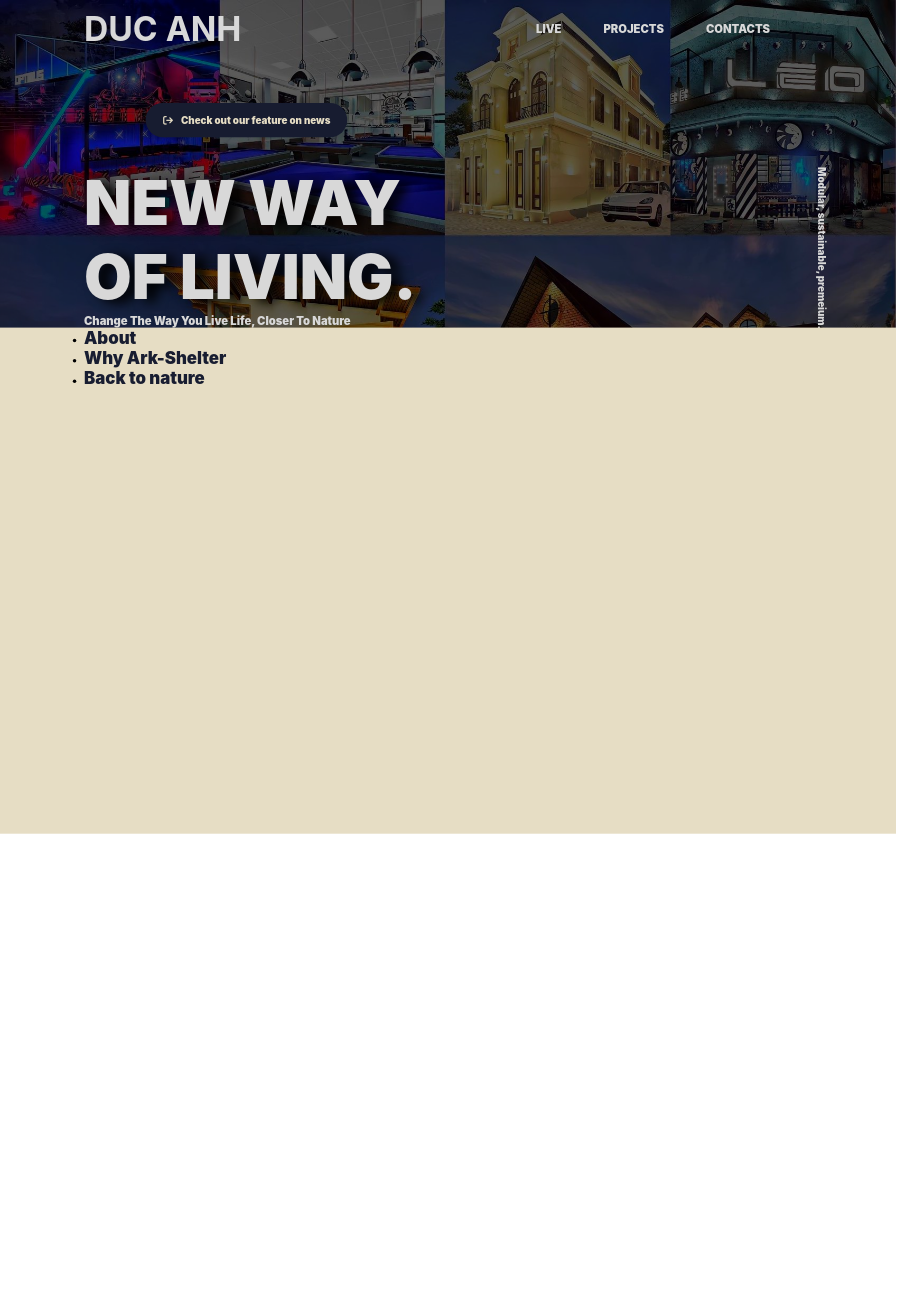
Repository: Ethanxcode/DucAnhNguyen
Page: index.html
An editor plug-in stored every save of this project. The page is shown before and after the next save, followed by the edit.
The browser window is 1280 px wide. The page is 1280 px wide, then 1303 px, then 1280 px, so the pictures cover 1303 px, including what lies to the right of the window. The pictures show the part of the page from y = 0 to 1880 px (the page is 10000 px tall), at 70% of full size.

Above is the page before, as saved 2023-01-14 01:13:41.

### index.html
<!DOCTYPE html>
<html lang="en">
	<head>
		<meta charset="UTF-8" />
		<meta http-equiv="X-UA-Compatible" content="IE=edge" />
		<meta name="viewport" content="width=device-width, initial-scale=1.0" />
		<link rel="stylesheet" href="./style.css" />
		<link
			rel="stylesheet"
			href="https://cdnjs.cloudflare.com/ajax/libs/font-awesome/6.2.1/css/all.min.css"
		/>
		<!-- <link rel="stylesheet" type="text/css" href="/css/fonts.css" /> -->
		<title>DucAnhNguyen</title>
	</head>
	<body>
		<div id="root">
			<header class="container header">
				<div
					class="bg-image-holder header"
					style="
						background-image: url(./Assets/241194850_2108411145980762_7904081432669109629_n.jpg);
					"
				></div>
				<nav class="navigation content-above">
					<ul class="headerMenu">
						<li>
							<a href=""><h2 class="textLogo">Duc Anh</h2></a>
						</li>
						<li class="subHeaderMenu">
							<ul>
								<li>
									<a href="#" class="inter-black-iron-16px">Live</a>
								</li>
								<li>
									<a href="#" class="inter-black-iron-16px">Projects</a>
								</li>
								<li>
									<a href="#" class="inter-black-iron-16px">Contacts</a>
								</li>
							</ul>
						</li>
					</ul>
				</nav>
				<nav class="heroSubNavigation content-above">
					<button class="btn inter-black-almod-16px" style="margin-left: 88px">
						<i class="icon-margin-8px fa-solid fa-arrow-right-from-bracket"></i>
						Check out our feature on news
					</button>
					<h1 class="heroTitle">
						New way <br />
						of living.
					</h1>
					<p class="inter-black-iron-16px" style="text-transform: capitalize">
						change the way you live life, closer to nature
					</p>
					<p class="childrenSubNav">Modular, sustainable, premeium.</p>
				</nav>
			</header>

			<section class="AboutSection container content-above">
				<header class="HeaderSection">
					<ul class="HeaderSectionMenu">
						<li>
							<h4 class="inter-black-eerie-black-24px">About</h4>
						</li>
						<li>
							<h4 class="inter-black-eerie-black-24px">Why Ark-Shelter</h4>
						</li>
						<li>
							<h4 class="inter-black-eerie-black-24px">Back to nature</h4>
						</li>
					</ul>
				</header>
				<div class="row">
					<div class="flex-col-1 flex-col">
						<div class="g"></div>
					</div>
				</div>
			</section>
		</div>
	</body>
</html>

### style.css
* {
	padding: 0;
	margin: 0;
	box-sizing: border-box;
}

html {
	height: 10000px;
}

:root {
	--custom-color-one: rgb(32, 45, 99, 01);
	--custom-color-two: rgb(232, 198, 113);
	--black: rgba(0, 0, 0, 1);
	--mirage: rgba(23, 28, 48, 1);
	--eerie-black: rgba(24, 29, 49, 1);
	--tundora-2: rgba(67, 66, 66, 0.8);
	--tundora: rgba(67, 66, 66, 0.8);
	--pablo: rgba(120, 113, 108, 1);
	--iron: rgba(216, 216, 216, 1);
	--almod: rgba(230, 221, 196, 1);

	--font-size-xxs: 16px;
	--font-size-xs: 22px;
	--font-size-s: 24px;
	--font-size-m: 28px;
	--font-size-l: 32px;
	--font-size-xl: 36px;
	--font-size-xxl: 48px;
	--font-size-xxxl: 128px;

	--font-family-inter: 'Inter';
	--font-family-roboto: 'Roboto';
}

.root {
	max-width: 1920px;
	max-height: 10000px;
}

.col {
	float: left;
	padding-left: 8px;
	padding-right: 8px;
}

.col-third {
	width: 33.33333%;
}

.col-half {
	width: 50%;
}

.col-full {
	width: 100%;
}

.col-sm-12 {
	position: relative;
	width: 100%;
	padding-right: 15px;
	padding-left: 15px;
}

.mt-8 {
	margin-top: 8px;
}

.mt-16 {
	margin-top: 16px;
}

.mt-32 {
	margin-top: 32px;
}

.row {
	display: flex;
	flex-wrap: wrap;
	width: 100%;
	margin-right: -15px;
	margin-left: -15px;
}

.first-sub-row {
	width: 100%;
	/* padding: 0 15px; */
	margin: 0 auto;
	flex: wrap;
	display: flex;
}

.second-sub-row {
	width: 100% !important;
	/* padding: 0 15px; */
	margin: 0 auto;
	justify-content: space-between;
}

/* Classes */
.inter-black-iron-16px {
	color: var(--iron);
	font-family: var(--font-family-inter);
	font-size: var(--font-size-xxs);
	font-weight: 900;
	font-style: normal;
	text-transform: uppercase;
	user-select: none;
}

.inter-black-iron-24px {
	color: var(--iron);
	font-family: var(--font-family-inter);
	font-size: var(--font-size-s);
	font-weight: 900;
	font-style: normal;
	user-select: none;
}

.inter-black-eerie-black-24px {
	color: var(--eerie-black);
	font-family: var(--font-family-inter);
	font-size: var(--font-size-s);
	font-weight: 900;
	font-style: normal;
}

.inter-medium-black-24px {
	color: var(--black);
	font-family: var(--font-family-inter);
	font-size: var(--font-size-s);
	font-weight: 500;
	font-style: normal;
}

.inter-medium-black-32px {
	color: var(--black);
	font-family: var(--font-family-inter);
	font-size: var(--font-size-l);
	font-weight: 500;
	font-style: normal;
}

.inter-medium-tundora-28px {
	color: var(--tundora);
	font-family: var(--font-family-roboto);
	font-size: var(--font-size-m);
	font-weight: 500;
	font-style: normal;
}

.inter-medium-tundora-28px-2 {
	color: var(--tundora-2);
	font-family: var(--font-family-inter);
	font-size: var(--font-size-m);
	font-weight: 500;
	font-style: normal;
}

.inter-medium-tundora-28px-2 {
	color: var(--tundora);
	font-family: var(--font-family-inter);
	font-size: var(--font-size-m);
	font-weight: 500;
	font-style: normal;
}

.btn {
	text-decoration: none;
	padding: 16px 24px;
	margin: 0;
	background-color: var(--mirage);
	color: var(--almod);
	font-weight: 500;
	display: inline-block;
	box-shadow: 0 4px 30px rgb(0 0 0 / 10%);
	transition: 0.3s ease;
	border: none;
	/* position: relative; */
	text-align: center;
	border-radius: 100px;
	font-family: var(--font-family-inter);
	font-size: 14px;
	font-weight: 900;
	font-style: normal;
}
.icon-margin-8px {
	margin-right: 8px;
}
.btn:hover {
	background-color: rgba(11, 16, 41, 0.85);
	color: rgb(233, 200, 117);
	cursor: pointer;
}

.btn:hover:before {
	opacity: 0.07;
	visibility: visible;
}

.btn:hover {
	/* color: #212529; */
	text-decoration: none;
}

.btn--xs {
	line-height: 42px;
	padding: 0 19px;
	font-size: 15px;
	margin: 0px 8px;
}

.btn--news-xs {
	line-height: 36px;
	padding: 6px 20px;
	font-size: 15px;
}

.btn--news-xs > a {
	line-height: 36px;
	/* padding: 4px 16px; */
	font-size: 20px;
	color: #fff;
	font-weight: 400;
}

.news-btn {
	margin-top: 16px;
}

.btn-form--xs {
	line-height: 36px;
	padding: 0 19px;
	font-size: 15px;
}

.btn--lg,
.btn-lg {
	line-height: 55px;
	font-size: 16px;
	min-width: 195px;
}

.heroTitle {
	color: var(--iron);
	font-family: var(--font-family-inter);
	font-size: 88px;
	font-weight: 900;
	letter-spacing: 0;
	line-height: normal;
	margin-top: 40px;
	min-height: 150px;
	text-transform: uppercase;
	/* width: 752px; */
	text-shadow: 14px 4px 16px #000;
	user-select: none;
}

.textLogo {
	text-transform: uppercase;
	color: var(--iron);
	font-family: var(--font-family-inter);
	font-size: var(--font-size-xxl);
	font-weight: 900px;
	letter-spacing: 0;
	line-height: normal;
	/* min-height: 94px; */
	/* min-width: 334px; */
	user-select: none;
}

.container {
	width: 100%;
	padding-right: 120px;
	padding-left: 120px;
	margin-right: auto;
	margin-left: auto;
}

.content-above {
	position: relative;
	z-index: 2;
	user-select: none;
}

.bg-image-holder {
	position: absolute;
	height: 100%;
	width: 100%;
	top: 0;
	left: 0;
	background-size: cover;
	/* background-position: 50% 50% !important; */
	z-index: 0;
	filter: brightness(36%) contrast(100%) saturate(180%);
	box-shadow: inset 0px -36px 100px rgba(0, 0, 0, 0.25);
	-webkit-backdrop-filter: brightness(36%) contrast(100%) saturate(180%);
	/* scale: (5px); */
	/* -webkit-transition: opacity 0.3s linear; */
}

.navigation {
	margin-bottom: 64px;
}

.heroSubNavigation {
	width: 100%;
	position: relative;
}

/* .navigation .subNavigation {
	display: table;
	vertical-align: middle;
	text-align: center;
	width: 100%;
	height: 100%;
} */

.childrenSubNav {
	color: var(--iron);
	font-family: var(--font-family-inter);
	font-size: 14px;
	font-weight: 900;
	position: absolute;
	/* margin-bottom: 61px; */
	margin-right: -130px;
	/* min-height: 27px; */
	/* min-width: 360px; */
	transform: rotate(90deg);
	/* position: relative; */
	right: 0;
	top: 62%;
}

.hero-area .hero-content .content-wrapper {
	display: table-cell;
	vertical-align: middle;
}

.headerMenu {
	align-items: center;
	display: flex;
	justify-content: space-between;
}

.headerMenu > li {
	display: inline-block;
	/* padding: 12px 0; */
	/* margin-right: 30px; */
	list-style: none;
}

a {
	text-decoration: none;
}

.subHeaderMenu > ul {
	flex-direction: row;
	display: flex;
}

.subHeaderMenu > ul > li {
	list-style: none;
	line-height: 34px;
	margin-right: 60px;
	padding: 24px 0;
}

subHeaderMenu > ul > li > a {
	/* gap: 0.5em; */
	text-decoration: none;
}

.subHeaderMenu > ul > li > a:hover {
	cursor: pointer;
	gap: 0.5em;
	color: var(--pablo);
	/* background-color: #fffd; */
	/* backdrop-filter: blur(10px) saturate(160%) contrast(180%); */
}

.header {
	height: 100%;
	display: block;
}

.AboutSection {
	background-color: var(--almod);
	height: 723px;
	/* position: relative; */
	width: 100%;
}

After the next save:
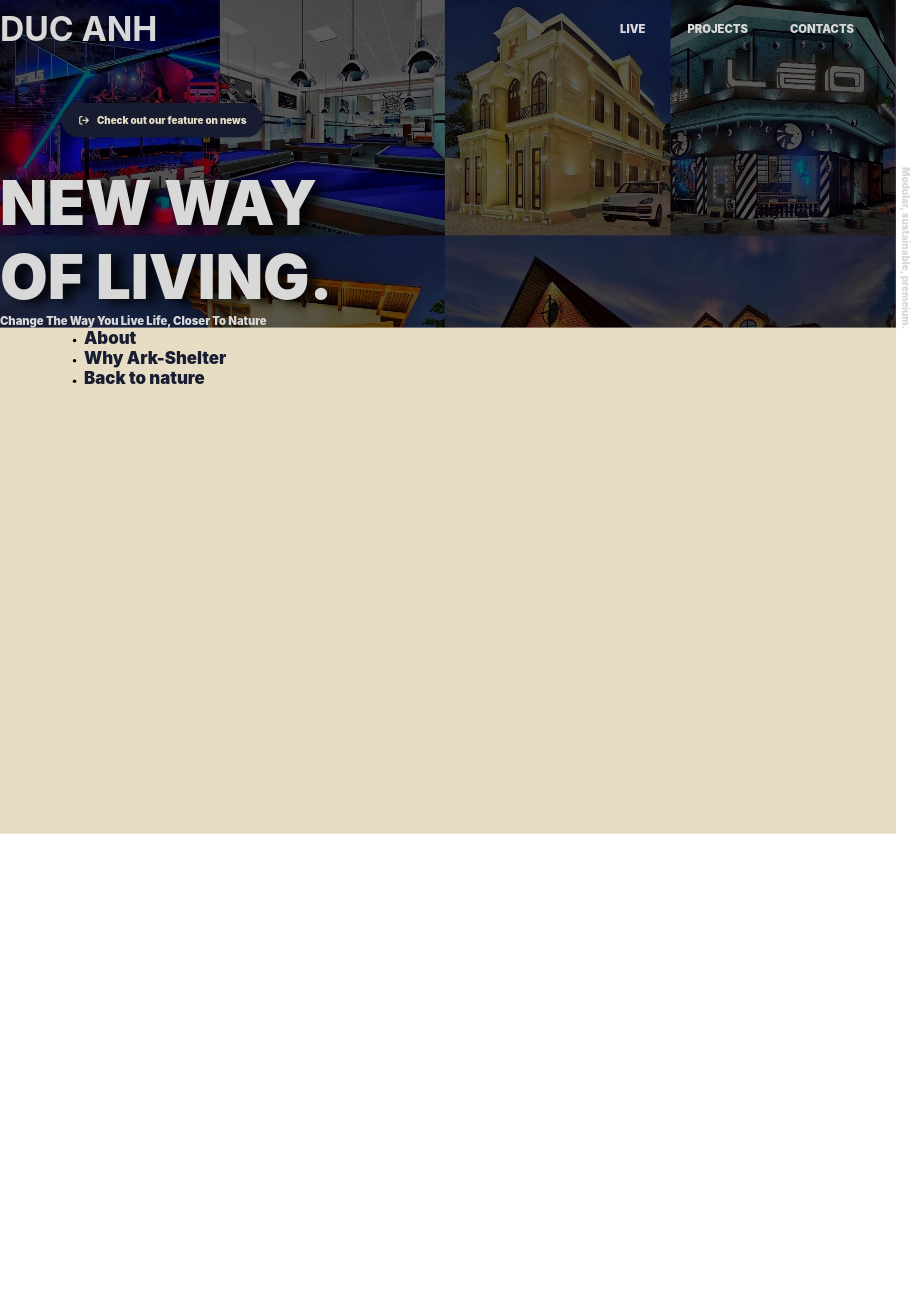
Saved 35 s later.
--- a/index.html
+++ b/index.html
@@ -14,12 +14,13 @@
 	</head>
 	<body>
 		<div id="root">
-			<header class="container header">
+
 				<div
 					class="bg-image-holder header"
 					style="
 						background-image: url(./Assets/241194850_2108411145980762_7904081432669109629_n.jpg);
 					"
+					<header class="container header"></header>
 				></div>
 				<nav class="navigation content-above">
 					<ul class="headerMenu">

After the save that followed:
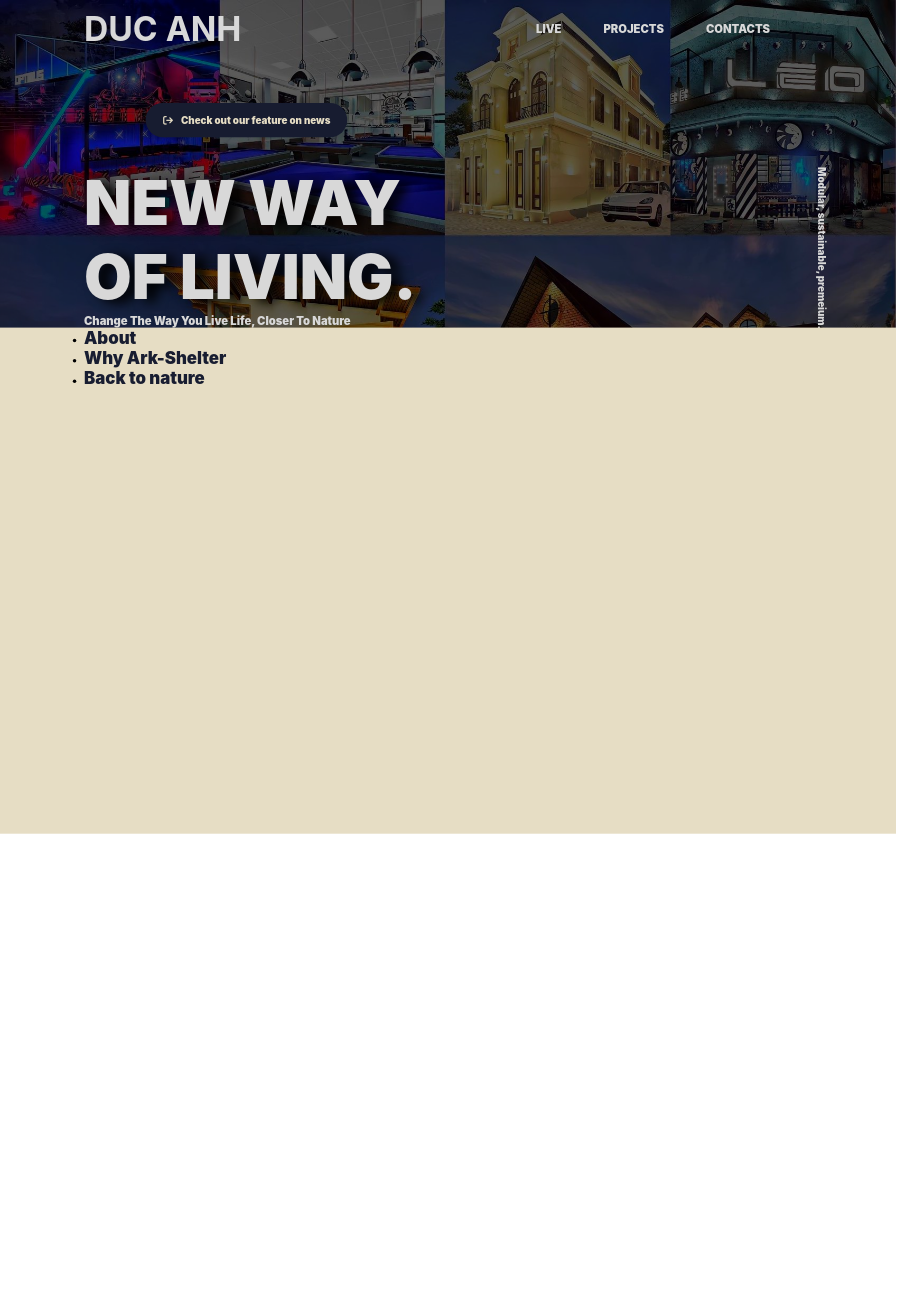
Saved 4 s later.
--- a/index.html
+++ b/index.html
@@ -14,13 +14,12 @@
 	</head>
 	<body>
 		<div id="root">
-
+			<header class="container header">
 				<div
 					class="bg-image-holder header"
 					style="
 						background-image: url(./Assets/241194850_2108411145980762_7904081432669109629_n.jpg);
 					"
-					<header class="container header"></header>
 				></div>
 				<nav class="navigation content-above">
 					<ul class="headerMenu">
